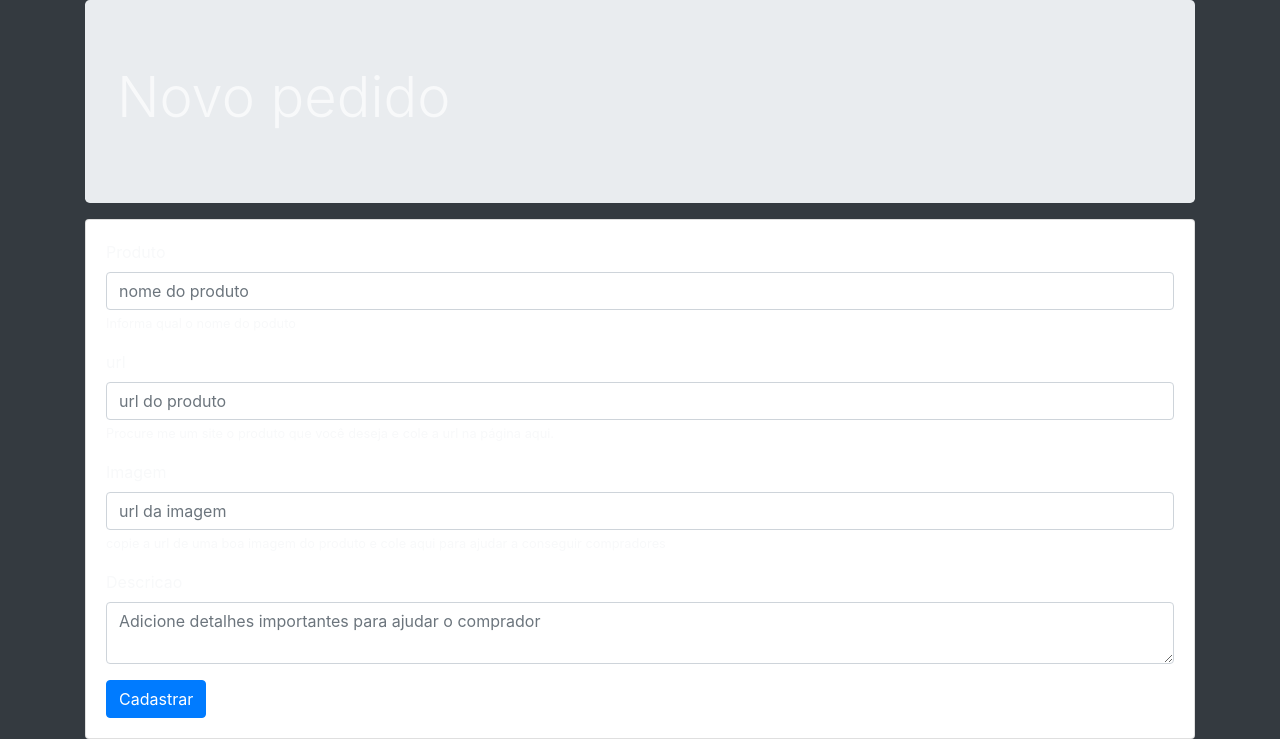
Repository: Erick-Fernandes-dev/Spring_MVC_Part2
Page: http://localhost/pedido/formulario
The author's editor kept a copy of each file at every save. The page is drawn from the files as they stood at one save, then again after the next save.
The browser window is 1280 px wide. The pictures show the whole page.
The page is this project's Thymeleaf template; nobody is signed in. The template is opened directly, without the code that normally fills it, so the values that code supplies are empty.

Above is the page before, as saved 2022-05-26 18:09:17.

After the next save:
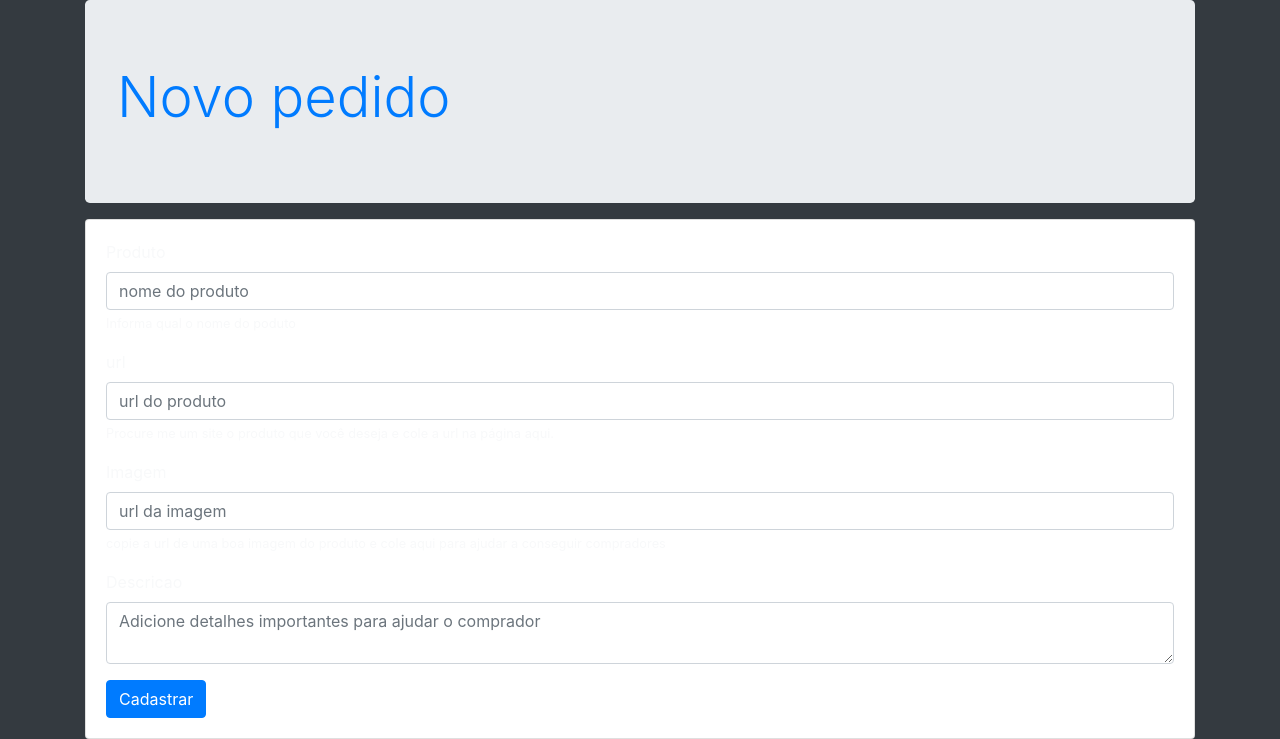
Saved 73 s later.
--- a/mudi/src/main/resources/templates/pedido/formulario.html
+++ b/mudi/src/main/resources/templates/pedido/formulario.html
@@ -15,7 +15,7 @@
 
 		<div class="jumbotron mb-0">
 
-			<h1 class="display-4">Novo pedido</h1>
+			<h1 class="display-4 text-primary">Novo pedido</h1>
 
 		</div>
 
